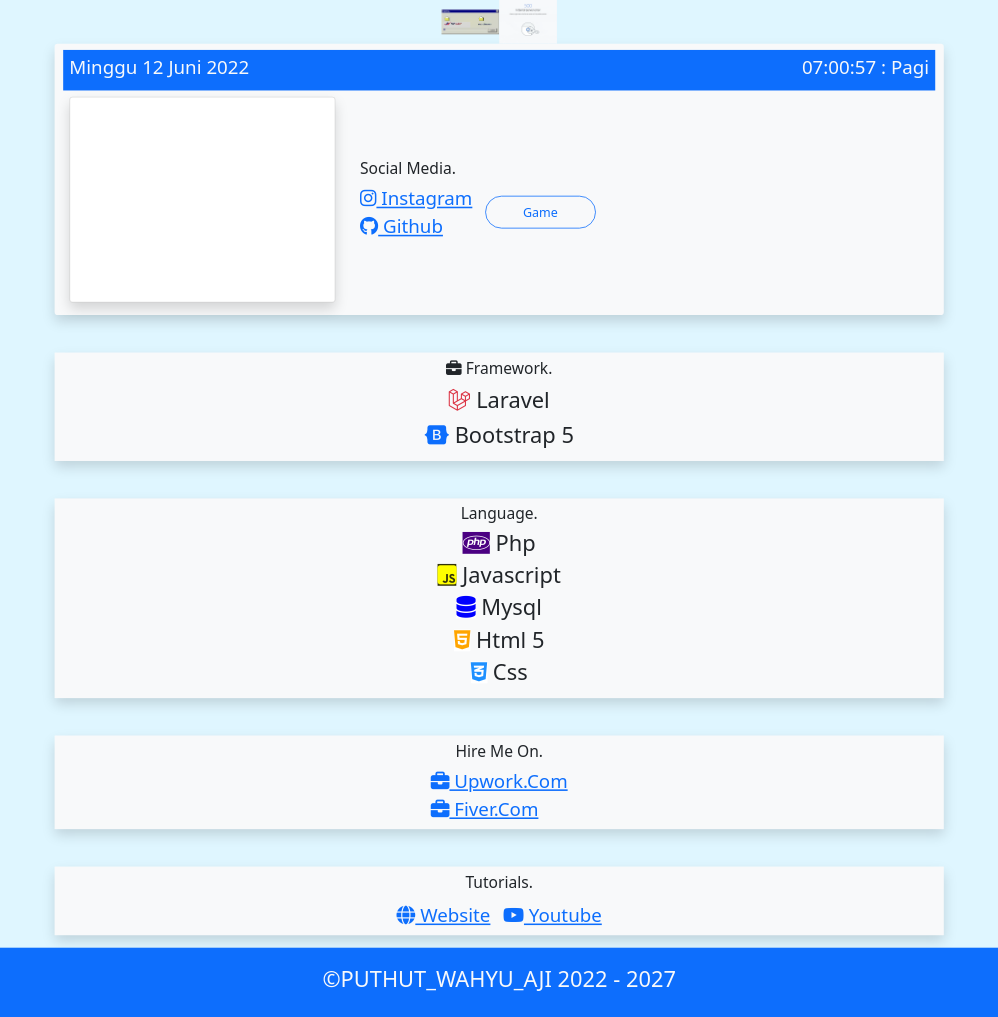
Repository: initer3737/initer3737.github.io
Page: index.html
These files come from the project's save history. The page is drawn as it stood at one moment and after the next save; the edit follows.
The browser window is 1280 px wide. The pictures show the whole page, at 78% of full size.
Pictures or frames that could not be fetched are drawn as grey boxes. Some web libraries are served in a nearby version.

Above is the page before, as saved 2022-06-12 07:48:46.

After the next save:
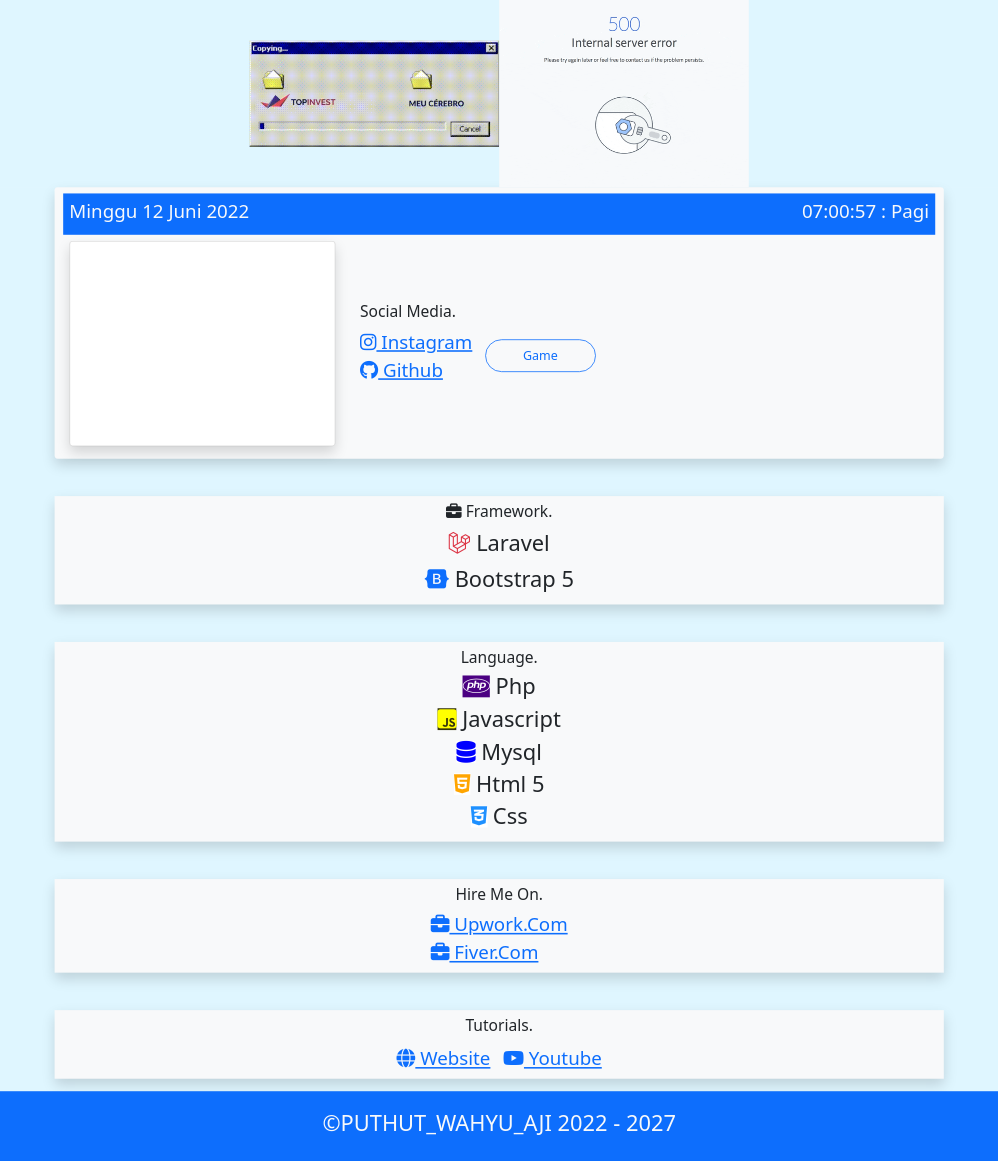
Saved 24 s later.
--- a/index.html
+++ b/index.html
@@ -11,7 +11,7 @@
     <link rel="stylesheet" href="css/style.css">
 </head>
 <body class="bg-1">
-    <header class="container col-12 col-md-6 col-lg-3 bg-1">
+    <header class=" bg-1">
         <div class="col-12 col-md-6 col-lg-3">
             <img src="img/giphy (1).gif" class="img-fluid">
         </div>
